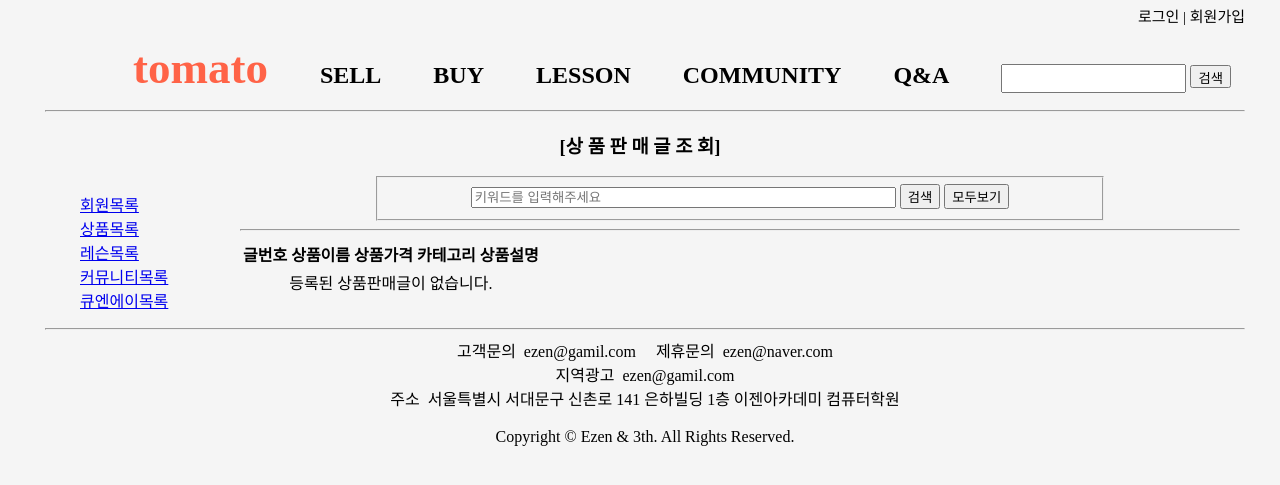
Repository: javadogfoot/semi-project
Page: http://localhost/tomato/admin/buyListAll_admin.jsp
These files come from the project's save history. The page is drawn as it stood at one moment and after the next save; the edit follows.
The browser window is 1280 px wide. The pictures show the whole page.
The page is served by Tomcat 9. Queries for data that is not in the repository find no rows.

Above is the page before, as saved 2021-10-18 02:45:15.

After the next save:
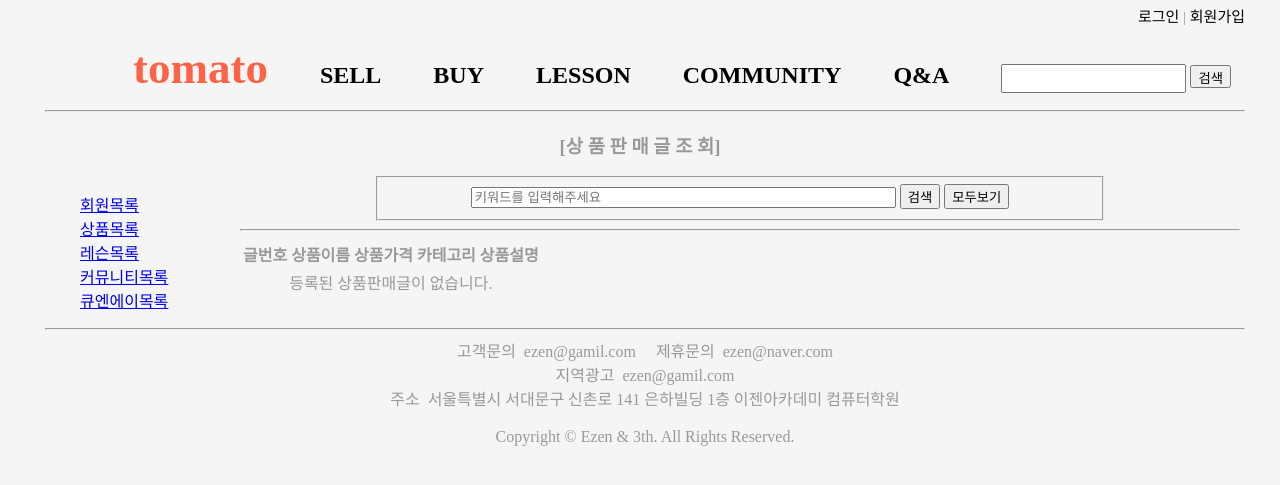
Saved 102 min 39 s later.
--- a/semi프로젝트워크스페이스/tomato/src/main/webapp/css/mainLayout.css
+++ b/semi프로젝트워크스페이스/tomato/src/main/webapp/css/mainLayout.css
@@ -1,5 +1,6 @@
 @charset "UTF-8";
 body{
+	color: #999;
    background-color: #f5f5f5;
    margin: 5px auto;
    width: 1200px;

After the 2 saves that followed:
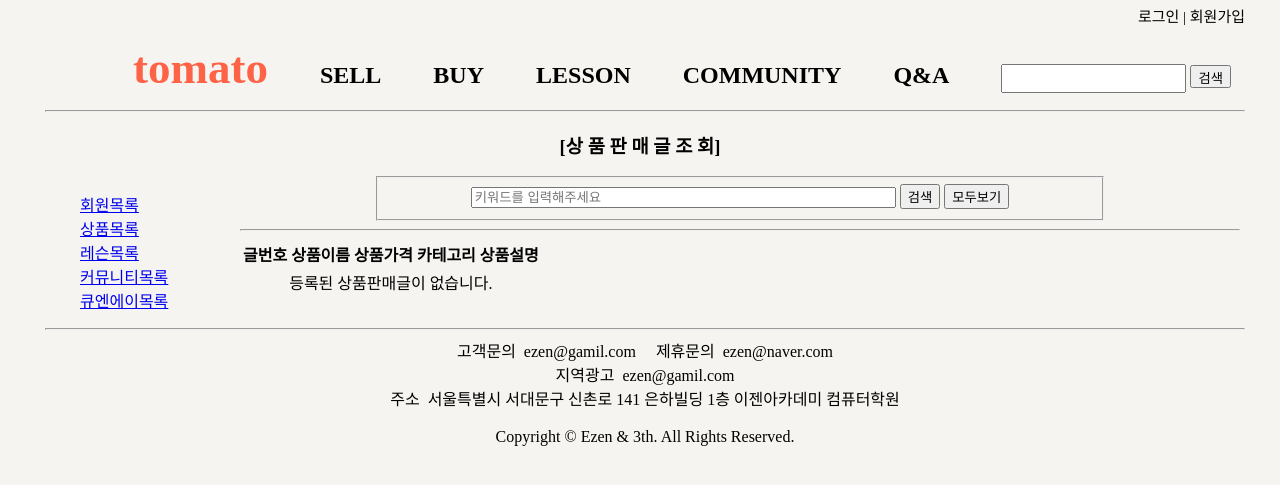
The 2 saves are shown as one change because 1 left the picture as it was.
The last was saved 3 min 15 s later.
--- a/semi프로젝트워크스페이스/tomato/src/main/webapp/css/mainLayout.css
+++ b/semi프로젝트워크스페이스/tomato/src/main/webapp/css/mainLayout.css
@@ -1,7 +1,6 @@
 @charset "UTF-8";
 body{
-	color: #999;
-   background-color: #f5f5f5;
+   background-color: #f5f4f0;
    margin: 5px auto;
    width: 1200px;
 }
